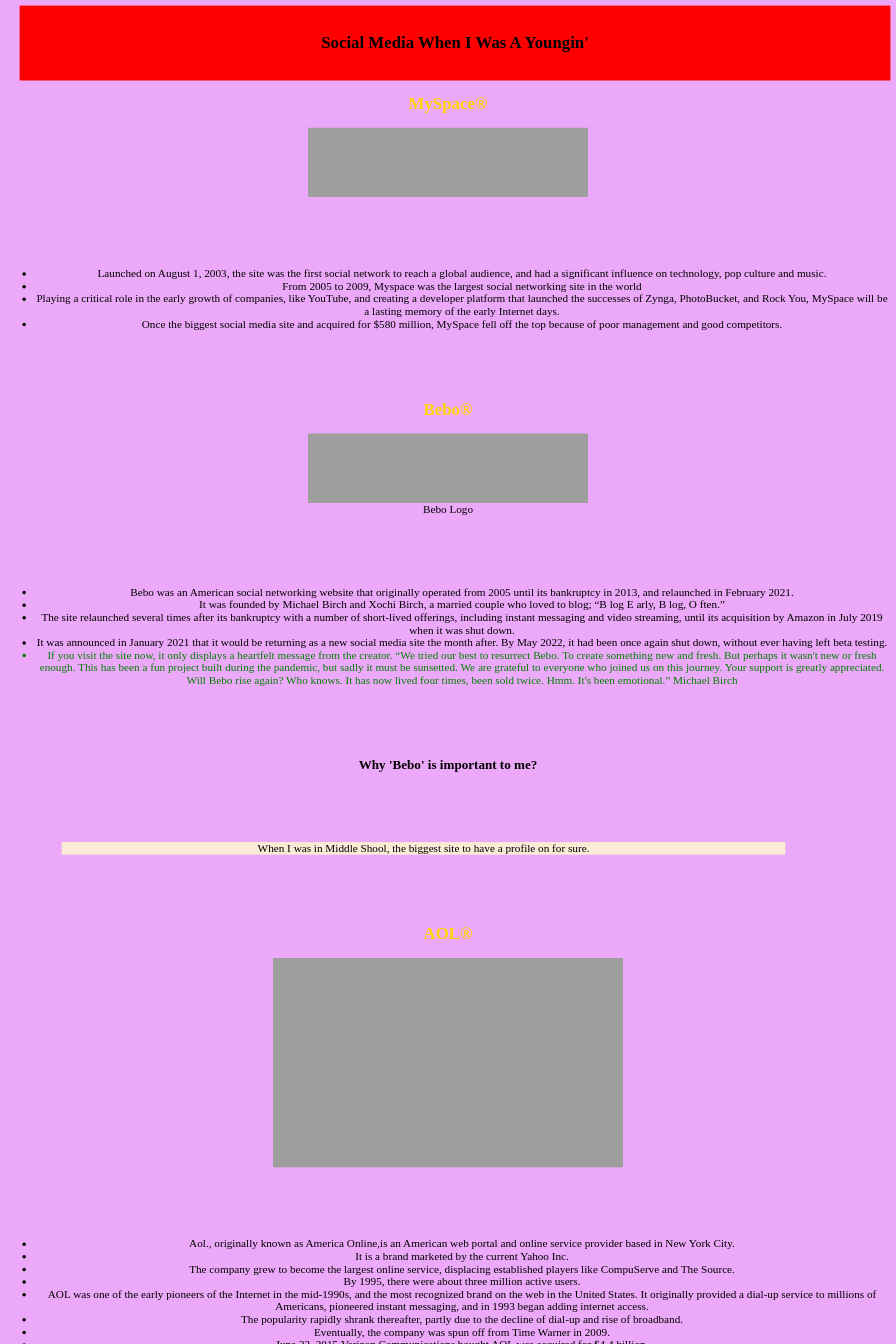
Repository: AndrewGrantt/LC101
Page: LC101/js-assignment-4-html-me-something-buffylow/index.html
These files come from the project's save history. The page is drawn as it stood at one moment and after the next save; the edit follows.
The browser window is 1280 px wide. The pictures show the part of the page from y = 0 to 1920 px (the page is 2074 px tall before and 2871 px after), at 70% of full size.
Pictures or frames that could not be fetched are drawn as grey boxes.

Above is the page before, as saved 2022-07-15 06:35:26.

After the next save:
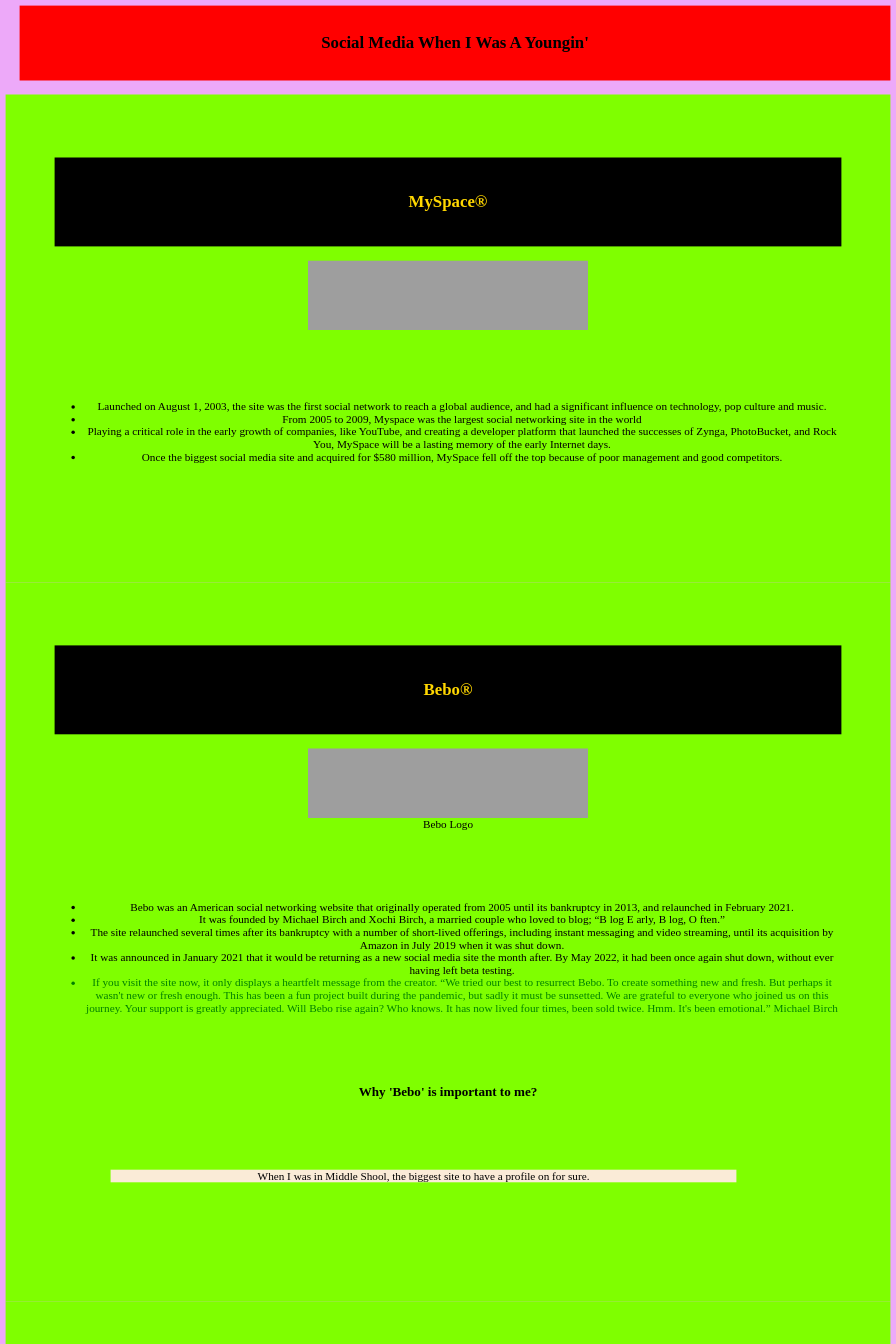
Saved 112 s later.
--- a/LC101/js-assignment-4-html-me-something-buffylow/styles.css
+++ b/LC101/js-assignment-4-html-me-something-buffylow/styles.css
@@ -11,6 +11,8 @@
     .sites {
     color: black;
     text-align: center;
+    padding: 70px;
+    background-color: chartreuse;
   }
   p {
     margin-top: 100px;
@@ -30,6 +32,8 @@
         text-align:center;
     }
     #headcolor{
-        color:gold
+        color:gold;
+        padding: 50px;
+        background-color: black;
 
     }
